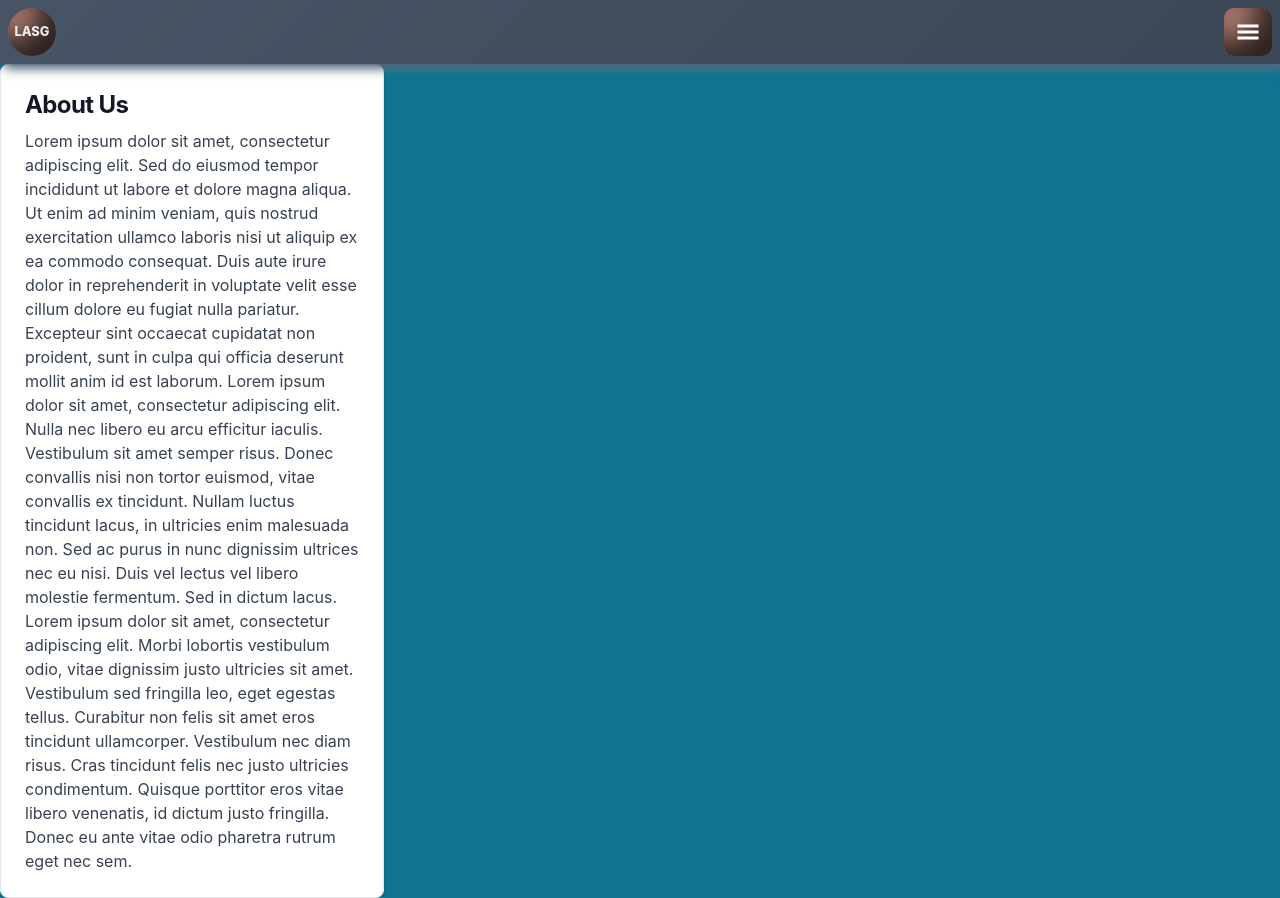
Repository: ShindanoSingi/LA-Swahili-Group
Page: /about (app in client/)
The author's editor kept a copy of each file at every save. The page is drawn from the files as they stood at one save, then again after the next save.
The browser window is 1280 px wide. The pictures show the whole page.
The project was rebuilt for these pictures with package versions that can differ from the ones it lists, and the page was loaded fresh each time. Also part of the build but not shown: client/src/pages/error/Error.css, client/src/pages/error/Error.js, client/src/pages/home/Home.js, client/src/pages/contact/Contact.js, client/src/pages/login/Login.js.

Above is the page before, as saved 2024-02-07 23:02:15.

After the next save:
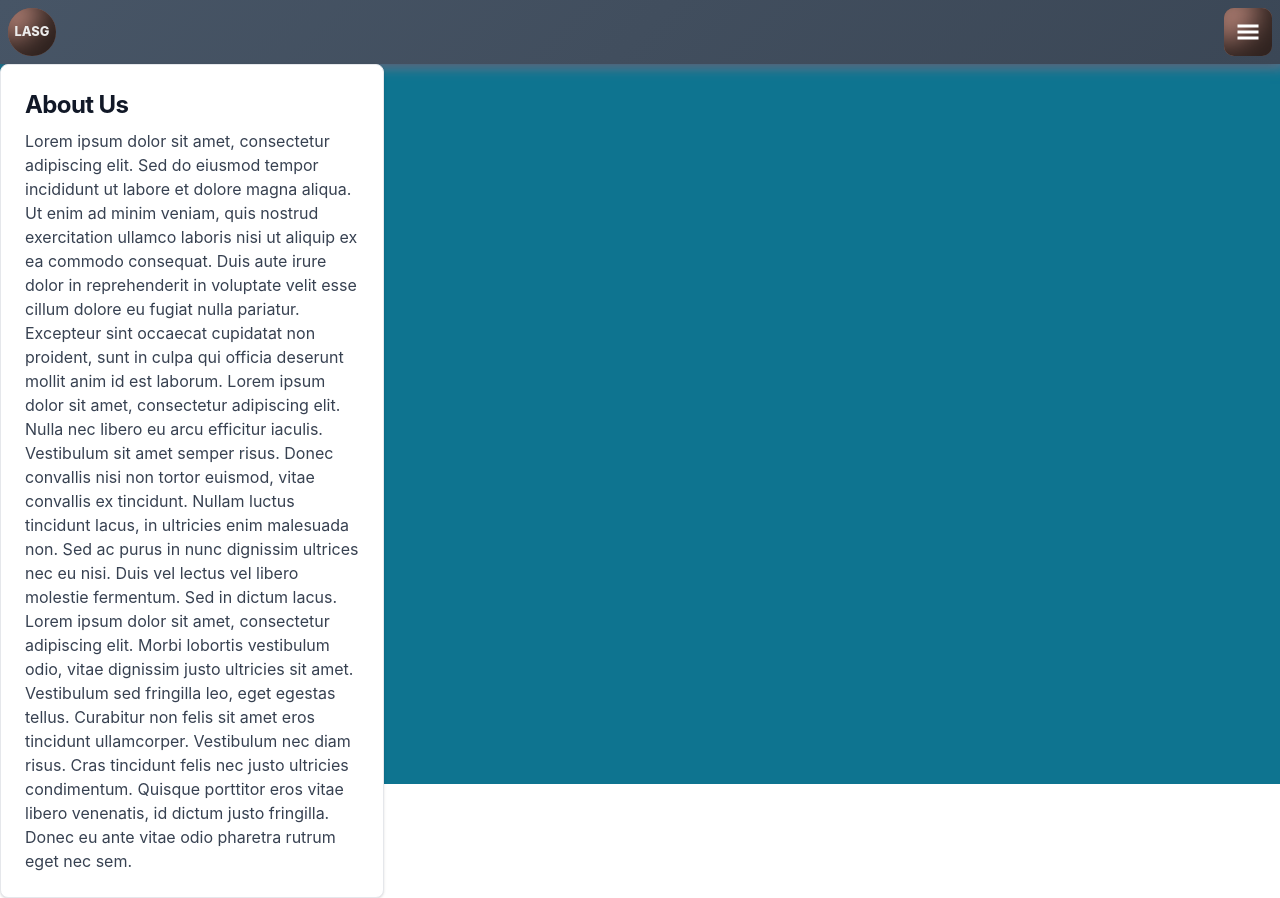
Saved 87 s later.
--- a/client/src/pages/about/About.js
+++ b/client/src/pages/about/About.js
@@ -1,21 +1,44 @@
-import React from 'react'
+import React from "react";
 
 function About() {
-  return (
-    <div className='mt-[4rem] min-h-[100vh] bg-cyan-700'>
-
-<div className="block max-w-sm p-6 bg-white border border-gray-200 rounded-lg shadow hover:bg-gray-100 dark:bg-gray-800 dark:border-gray-700 dark:hover:bg-gray-700">
-
-<h5 className="mb-2 text-2xl font-bold tracking-tight text-gray-900 dark:text-white">About Us</h5>
-<p className="font-normal text-gray-700 dark:text-gray-400">Lorem ipsum dolor sit amet, consectetur adipiscing elit. Sed do eiusmod tempor incididunt ut labore et dolore magna aliqua. Ut enim ad minim veniam, quis nostrud exercitation ullamco laboris nisi ut aliquip ex ea commodo consequat. Duis aute irure dolor in reprehenderit in voluptate velit esse cillum dolore eu fugiat nulla pariatur. Excepteur sint occaecat cupidatat non proident, sunt in culpa qui officia deserunt mollit anim id est laborum.
-
-Lorem ipsum dolor sit amet, consectetur adipiscing elit. Nulla nec libero eu arcu efficitur iaculis. Vestibulum sit amet semper risus. Donec convallis nisi non tortor euismod, vitae convallis ex tincidunt. Nullam luctus tincidunt lacus, in ultricies enim malesuada non. Sed ac purus in nunc dignissim ultrices nec eu nisi. Duis vel lectus vel libero molestie fermentum. Sed in dictum lacus.
-
-Lorem ipsum dolor sit amet, consectetur adipiscing elit. Morbi lobortis vestibulum odio, vitae dignissim justo ultricies sit amet. Vestibulum sed fringilla leo, eget egestas tellus. Curabitur non felis sit amet eros tincidunt ullamcorper. Vestibulum nec diam risus. Cras tincidunt felis nec justo ultricies condimentum. Quisque porttitor eros vitae libero venenatis, id dictum justo fringilla. Donec eu ante vitae odio pharetra rutrum eget nec sem.</p>
-</div>
-
-    </div>
-  )
+      return (
+            <div className="mt-[4rem] min-h-[100vh] bg-cyan-700">
+                  <div className="block absolute max-w-sm p-6 bg-white border border-gray-200 rounded-lg shadow hover:bg-gray-100 dark:bg-gray-800 dark:border-gray-700 dark:hover:bg-gray-700">
+                        <h5 className="mb-2 text-2xl font-bold tracking-tight text-gray-900 dark:text-white">
+                              About Us
+                        </h5>
+                        <p className="font-normal text-gray-700 dark:text-gray-400">
+                              Lorem ipsum dolor sit amet, consectetur adipiscing
+                              elit. Sed do eiusmod tempor incididunt ut labore
+                              et dolore magna aliqua. Ut enim ad minim veniam,
+                              quis nostrud exercitation ullamco laboris nisi ut
+                              aliquip ex ea commodo consequat. Duis aute irure
+                              dolor in reprehenderit in voluptate velit esse
+                              cillum dolore eu fugiat nulla pariatur. Excepteur
+                              sint occaecat cupidatat non proident, sunt in
+                              culpa qui officia deserunt mollit anim id est
+                              laborum. Lorem ipsum dolor sit amet, consectetur
+                              adipiscing elit. Nulla nec libero eu arcu
+                              efficitur iaculis. Vestibulum sit amet semper
+                              risus. Donec convallis nisi non tortor euismod,
+                              vitae convallis ex tincidunt. Nullam luctus
+                              tincidunt lacus, in ultricies enim malesuada non.
+                              Sed ac purus in nunc dignissim ultrices nec eu
+                              nisi. Duis vel lectus vel libero molestie
+                              fermentum. Sed in dictum lacus. Lorem ipsum dolor
+                              sit amet, consectetur adipiscing elit. Morbi
+                              lobortis vestibulum odio, vitae dignissim justo
+                              ultricies sit amet. Vestibulum sed fringilla leo,
+                              eget egestas tellus. Curabitur non felis sit amet
+                              eros tincidunt ullamcorper. Vestibulum nec diam
+                              risus. Cras tincidunt felis nec justo ultricies
+                              condimentum. Quisque porttitor eros vitae libero
+                              venenatis, id dictum justo fringilla. Donec eu
+                              ante vitae odio pharetra rutrum eget nec sem.
+                        </p>
+                  </div>
+            </div>
+      );
 }
 
-export default About
+export default About;

After the save that followed:
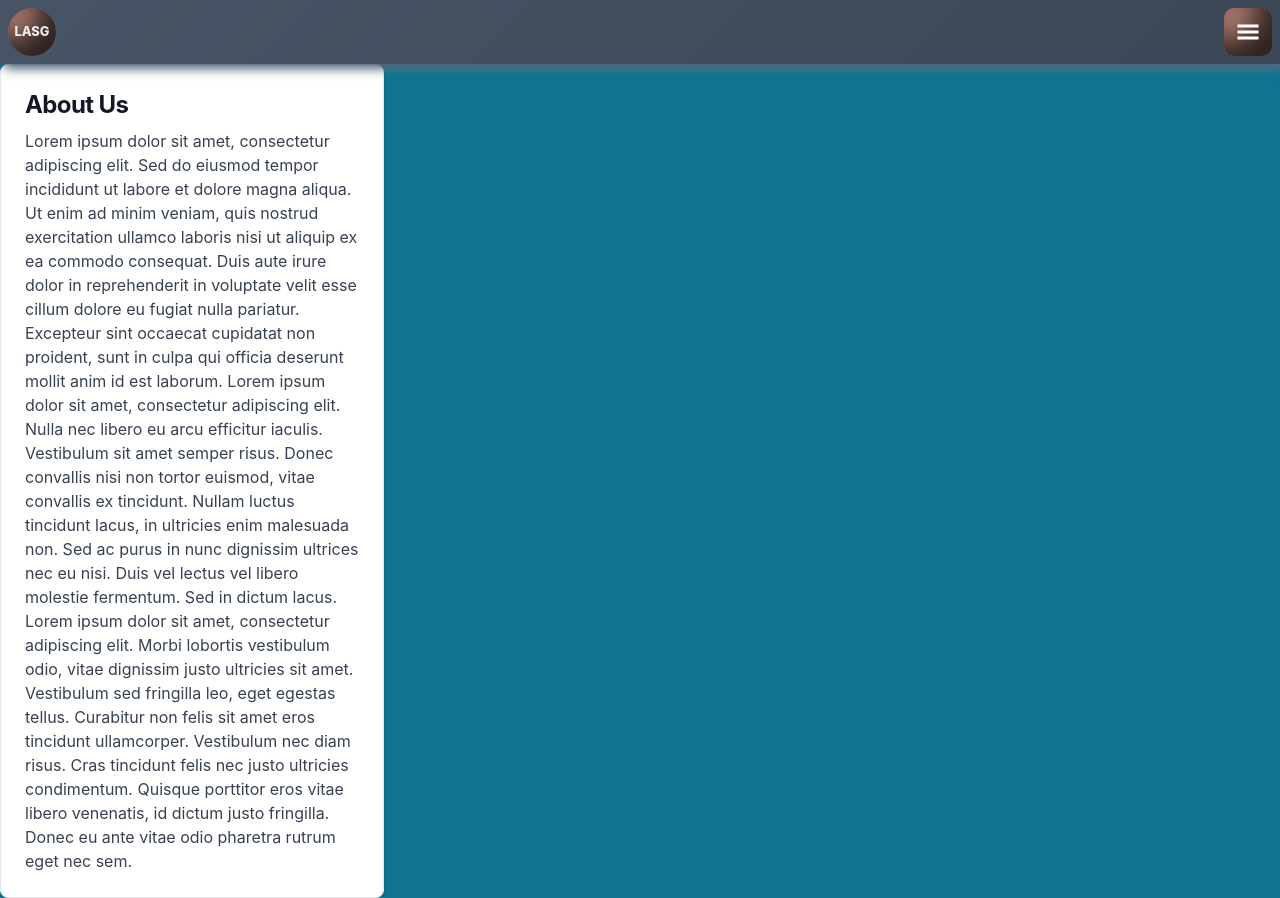
Saved 11 s later.
--- a/client/src/pages/about/About.js
+++ b/client/src/pages/about/About.js
@@ -3,7 +3,7 @@
 function About() {
       return (
             <div className="mt-[4rem] min-h-[100vh] bg-cyan-700">
-                  <div className="block absolute max-w-sm p-6 bg-white border border-gray-200 rounded-lg shadow hover:bg-gray-100 dark:bg-gray-800 dark:border-gray-700 dark:hover:bg-gray-700">
+                  <div className="block max-w-sm p-6 bg-white border border-gray-200 rounded-lg shadow hover:bg-gray-100 dark:bg-gray-800 dark:border-gray-700 dark:hover:bg-gray-700">
                         <h5 className="mb-2 text-2xl font-bold tracking-tight text-gray-900 dark:text-white">
                               About Us
                         </h5>
